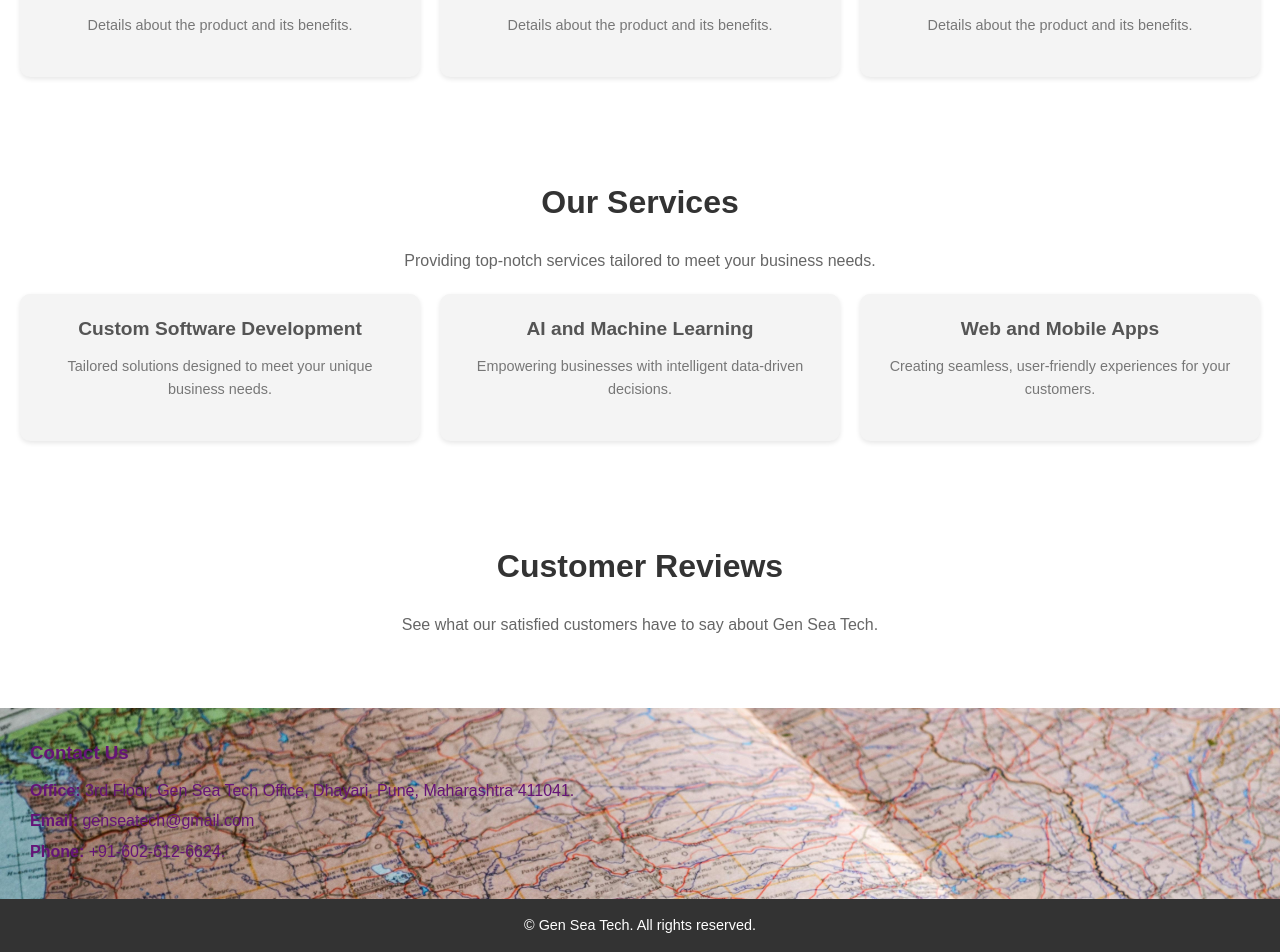
Repository: aniketkhatawkar/Gen_Sea_Tech
Page: http://localhost/GenSeaTech/
An editor plug-in stored every save of this project. The page is shown before and after the next save, followed by the edit.
The browser window is 1280 px wide. The pictures show the part of the page from y = 1418 to 2370 px (the page is 2370 px tall).
The page is served by Tomcat 10.

Above is the page before, as saved 2024-12-16 08:10:14.

After the next save:
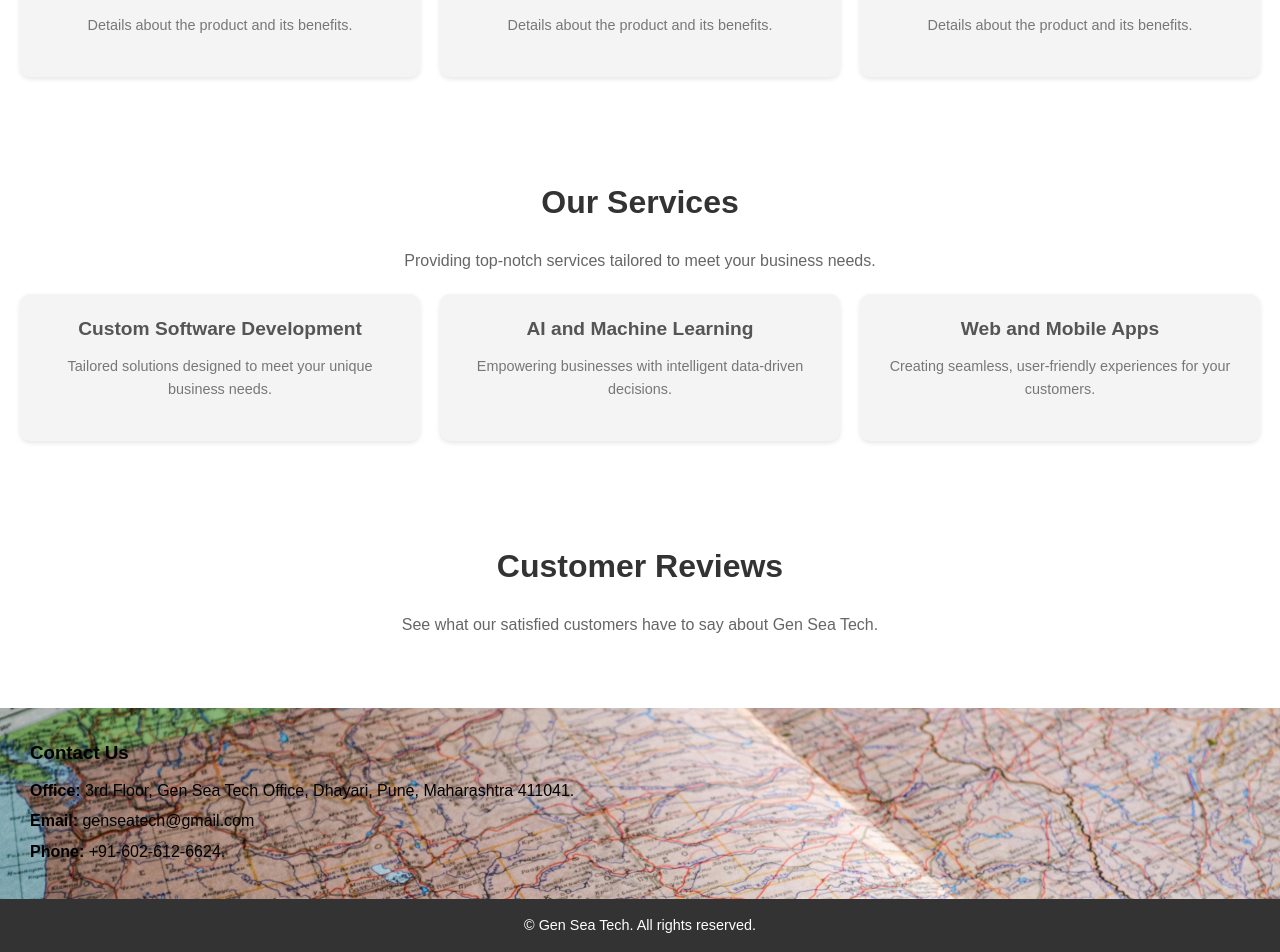
Saved 10 s later.
--- a/GenSeaTech/src/main/webapp/home.jsp
+++ b/GenSeaTech/src/main/webapp/home.jsp
@@ -126,7 +126,7 @@
 	    background-size: cover;
 	    object-fit: cover;
 		padding: 30px;
-		color: #651478;
+		color: #000000;
 	}
 
 	.address h3 {
